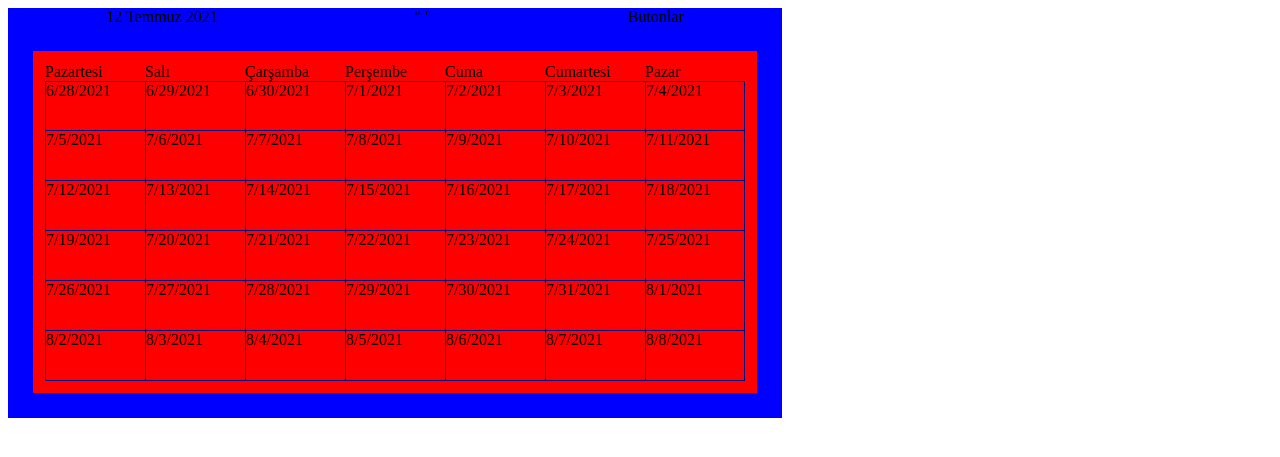
Repository: ahmetbugraozcan/javascript-calendar
Page: tablo.html
The author's editor kept a copy of each file at every save. The page is drawn from the files as they stood at one save, then again after the next save.
The browser window is 1280 px wide. The pictures show the whole page.

Above is the page before, as saved 2021-07-13 09:45:43.

### tablo.html
<!DOCTYPE html>
<html lang="en">

<head>
    <meta charset="UTF-8">
    <meta http-equiv="X-UA-Compatible" content="IE=edge">
    <meta name="viewport" content="width=device-width, initial-scale=1.0">
    <title>Document</title>
</head>
<!--pazartesi salı çarş... için arrayler oluştur. arraylere göre günleri yerleştir.-->
<style>
    * {
        box-sizing: border-box;
    }

    .cell-last {
        border-right: 1px solid navy;

    }

    .cell-top {
        border-top: 1px solid navy;
    }

    /* her hücre*/
    .cell,
    .cell-top,
    .cell-last {
        text-overflow: clip;
        white-space: nowrap;
        overflow: hidden;
        border-bottom: 1px solid navy;
        border-left: 1px solid navy;
        width: 100px;
        height: 50px;
    }


    /*tablonun kendisi*/
    .calendar {
        margin: 25px;
        padding: 12px;
        display: flex;
        width: fit-content;
        background-color: red;
    }


    .container {
        background-color: blue;
        display: flex;
        width: fit-content;
        flex-direction: column;
    }

    .test {
        display: flex;
        justify-content: space-around;
    }
</style>

<body>

    <div class="container">

        <div class="test">
            <span id="currentDate">12 Temmuz 2021</span>
            <span id="firstDate">" "</span>
            <span>Butonlar</span>
        </div>
        <div class="calendar">
            <div>
                <div>Pazartesi</div>
                <div class="cell-top" id="pazartesi0">1</div>
                <div class="cell" id="pazartesi1">1</div>
                <div class="cell" id="pazartesi2">1</div>
                <div class="cell" id="pazartesi3">1</div>
                <div class="cell" id="pazartesi4">1</div>
                <div class="cell" id="pazartesi5">1</div>
            </div>
            <div>
                <div>Salı</div>
                <div class="cell-top" id="sali0">1</div>
                <div class="cell" id="sali1">1</div>
                <div class="cell" id="sali2">1</div>
                <div class="cell" id="sali3">1</div>
                <div class="cell" id="sali4">1</div>
                <div class="cell" id="sali5">1</div>
            </div>
            <div>
                <div>Çarşamba</div>
                <div class="cell-top" id="carsamba0">1</div>
                <div class="cell" id="carsamba1">1</div>
                <div id="carsamba2" class="cell">1</div>
                <div id="carsamba3" class="cell">1</div>
                <div id="carsamba4" class="cell">1</div>
                <div id="carsamba5" class="cell">1</div>
            </div>
            <div>
                <div>Perşembe</div>
                <div class="cell-top" id="persembe0">1</div>
                <div class="cell" id="persembe1">1</div>
                <div id="persembe2" class="cell">1</div>
                <div id="persembe3" class="cell">1</div>
                <div id="persembe4" class="cell">1</div>
                <div id="persembe5" class="cell">1</div>
            </div>
            <div>
                <div>Cuma</div>
                <div class="cell-top" id="cuma0">1</div>
                <div class="cell" id="cuma1">1</div>
                <div id="cuma2" class="cell">1</div>
                <div id="cuma3" class="cell">1</div>
                <div id="cuma4" class="cell">1</div>
                <div id="cuma5" class="cell">1</div>
            </div>
            <div>
                <div>Cumartesi</div>
                <div class="cell-top" id="cumartesi0">1</div>
                <div class="cell" id="cumartesi1">1</div>
                <div class="cell" id="cumartesi2">1</div>
                <div class="cell" id="cumartesi3">1</div>
                <div class="cell" id="cumartesi4">1</div>
                <div class="cell" id="cumartesi5">1</div>

            </div>
            <div>
                <div>Pazar</div>
                <div id="pazar0" class="cell-top" style="border-right: 1px solid navy;">1</div>
                <div id="pazar1" class="cell-last">1</div>
                <div id="pazar2" class="cell-last">1</div>
                <div id="pazar3" class="cell-last">1</div>
                <div id="pazar4" class="cell-last">1</div>
                <div id="pazar5" class="cell-last">1</div>
            </div>
        </div>
    </div>
    <script>
        function daysInMonth(month, year) {
            return new Date(year, month, 0).getDate();
        }
        const pazartesi = [];
        const sali = [];
        const carsamba = [];
        const persembe = [];
        const cuma = [];
        const cumartesi = [];
        const pazar = [];
        const gunler = ["pazar", "pazartesi", "sali", "carsamba", "persembe", "cuma", "cumartesi"];




        var baslanacakDate = new Date(2021,6,1);
        var firstDate = baslanacakDate.getDay();
        if(firstDate == 0){
            firstDate = 7;
        }
        baslanacakDate.setDate((baslanacakDate.getDate())- (firstDate) );
        var today = new Date();
        var todayWithoutTime = new Date(today.getFullYear(), today.getMonth(), today.getDate() );


        var counter = 0;
        for (let i = 1; i <= 42; i++) {
            baslanacakDate.setDate((baslanacakDate.getDate())+(1));
             // bir tabloda 42 gün var o ayın kaç çektiğini bul bu aydan geriye kaç sayacağız ona bul bu aydan ileri kaç sayacağız onu bul ve ona göre bir date oluştur.
            //ardından bu for döngüsünü kullan
            // console.log("a: " + baslanacakDate.toDateString());
            // console.log("b: " + todayWithoutTime.toDateString() );
            if(baslanacakDate.toDateString() ==  todayWithoutTime.toDateString()){
                console.log("bugün eşitlendi : " + i);
                counter = i;
            }

            switch (baslanacakDate.getDay()) {
                case 0:
                    pazar.push(baslanacakDate.toLocaleDateString());

                    break;
                case 1:
                    pazartesi.push(baslanacakDate.toLocaleDateString()); break;
                case 2:
                    sali.push(baslanacakDate.toLocaleDateString()); break;
                case 3:
                    carsamba.push(baslanacakDate.toLocaleDateString()); break;

                case 4:
                    persembe.push(baslanacakDate.toLocaleDateString()); break;

                case 5:
                    cuma.push(baslanacakDate.toLocaleDateString()); break;

                case 6:
                    cumartesi.push(baslanacakDate.toLocaleDateString()); break;
            }
        }
        for (let i = 0; i < 6; i++) {
            document.getElementById(`pazar${i}`).innerHTML = pazar[i];
            document.getElementById(`pazartesi${i}`).innerHTML = pazartesi[i];
            document.getElementById(`sali${i}`).innerHTML = sali[i];
            document.getElementById(`carsamba${i}`).innerHTML = carsamba[i];
            document.getElementById(`persembe${i}`).innerHTML = persembe[i];
            document.getElementById(`cuma${i}`).innerHTML = cuma[i];
            document.getElementById(`cumartesi${i}`).innerHTML = cumartesi[i];
        }
        var currentDate = new Date();
        //bugünü al tüm documentleri dolaş stringi buna eşit olana eşitle



        //dateler seçimden gelecek şimdilik elle veriyorum
        // var date = new Date(2021, 5, 1);
        // //o ayın ilk gün değerini tutan değişken.
        // var firstDayOfMonth = date.getDay();
        // let sayac = 0;
        // for (let i = 0; i < 6; i++){
        //     if(i==0){
        //        < var result = gunler.indexOf("pazartesi") - (firstDayOfMonth);>
        //     if(result < 0){
        //         pazartesi[i] = daysInMonth(2021,6) + result;
        //         document.getElementById(`pazartesi${i}`).innerHTML = pazartesi[i];
        //     }else{
        //             pazartesi[i] = result;

        //         document.getElementById(`pazartesi${i}`).innerHTML = pazartesi[i];
        //     }
        //     }else{
        //         var result = pazartesi[i-1] + 7;
        //         if(result > daysInMonth(6,2021)){

        //             if(sayac>=1){
        //                 pazartesi[i] =  result- daysInMonth(6+sayac,2021) ;
        //             }else{
        //                 pazartesi[i] =  result- daysInMonth(6,2021) ;
        //             }
        //             sayac++;
        //             document.getElementById(`pazartesi${i}`).innerHTML = pazartesi[i];
        //         }else{
        //             pazartesi[i] = pazartesi[i-1] + 7;
        //             document.getElementById(`pazartesi${i}`).innerHTML = pazartesi[i];
        //         }
        //     }
        // }



        // setDatesInCalendar("pazartesi");
        // setDatesInCalendar("sali");
        // setDatesInCalendar("carsamba");
        // setDatesInCalendar("persembe");
        // setDatesInCalendar("cuma");
        // setDatesInCalendar("cumartesi");
        // setDatesInCalendar("pazar");

        // function setDatesInCalendar(day) {
        //     let array = [];
        //     switch (day) {
        //         case "pazartesi":
        //             array = pazartesi;
        //             break;
        //         case "sali":
        //             array = sali;
        //             break;
        //         case "carsamba":
        //             array = carsamba;
        //             break;
        //         case "persembe":
        //             array = persembe;
        //             break;
        //         case "cuma":
        //             array = cuma;
        //             break;
        //         case "cumartesi":
        //             array = cumartesi;
        //             break;
        //         case "pazar":
        //             array = pazar;
        //             break;
        //         default:
        //             break;
        //     }
        //     var date = new Date(2021, 6, 1);
        //     document.getElementById("firstDate").innerHTML = date.toLocaleDateString();
        //     //o ayın ilk gün değerini tutan değişken.
        //     var firstDayOfMonth = date.getDay();
        //     let sayac = 0;
        //     for (let i = 0; i < 6; i++) {
        //         if (i == 0) {
        //             var result = gunler.indexOf(`${day}`) - (firstDayOfMonth);
        //             if (result < 0) {
        //                 array[i] = daysInMonth(7,2021) + result;
        //                 document.getElementById(`${day}${i}`).innerHTML = array[i];
        //             } else {
        //                 array[i] = result;
        //                 document.getElementById(`${day}${i}`).innerHTML = array[i];
        //             }
        //         } else {
        //             var result = array[i - 1] + 7;
        //             if (result > daysInMonth(7, 2021)) {
        //                 if (sayac >= 1) {
        //                     //bir sonraki aya göre hesaplar
        //                     array[i] = result - daysInMonth(7+ sayac, 2021);
        //                 } else {
        //                     array[i] = result - daysInMonth(7, 2021);
        //                 }
        //                 sayac++;
        //                 document.getElementById(`${day}${i}`).innerHTML = array[i];
        //             } else {
        //                 array[i] = array[i - 1] + 7;
        //                 document.getElementById(`${day}${i}`).innerHTML = array[i];
        //             }
        //         }
        //     }

        // }
    </script>

    <!-- <script>
        var weekday = new Array(7);

        const pazartesi = [];
        const sali = [];
        const carsamba = [];
        const persembe = [];
        const cuma = [];
        const cumartesi = [];
        const pazar = [];
        //-------------------------
        weekday[0] = "Pazar";
        weekday[1] = "Pazartesi";
        weekday[2] = "Salı";
        weekday[3] = "Çarşamba";
        weekday[4] = "Perşembe";
        weekday[5] = "Cuma";
        weekday[6] = "Cumartesi";
        //-------------------------

        var currentDate = new Date();
        document.getElementById("currentDate").innerHTML = currentDate.toLocaleDateString();
        var firstDayOfMonth = new Date(2021, 6, 1).getDay();
        console.log(firstDayOfMonth);
        switch(weekday[firstDayOfMonth]){
            case weekday[0]:
                pazar.push(1);
                document.getElementById("pazar1").innerHTML =1;
                pazartesi.push(2);
                document.getElementById("pazartesi1").innerHTML =2;
                sali.push(3);
                document.getElementById("sali1").innerHTML =3;
                carsamba.push(4);
                document.getElementById("carsamba1").innerHTML =4;
                persembe.push(5)
                document.getElementById("persembe1").innerHTML =5;
                cuma.push(6);
                document.getElementById("cuma1").innerHTML =6;
                cumartesi.push(7);
                document.getElementById("cumartesi1").innerHTML =7;

                console.log("Pazar");
            case weekday[1]:
                console.log("Pazartesi");
            case weekday[2]:
                console.log("Salı");
            case weekday[3]:
                console.log("Çarşamba");
            case weekday[4]:
                console.log("Perşembe");
                pazar.push(1);
                document.getElementById("persembe1").innerHTML =1;
                pazartesi.push(2);
                document.getElementById("cuma1").innerHTML =2;
                sali.push(3)
                document.getElementById("cumartesi1").innerHTML =3;
                carsamba.push(4);
                document.getElementById("pazar1").innerHTML =4;
                persembe.push(5)
                document.getElementById("pazartesi2").innerHTML =5;
                cuma.push(6);
                document.getElementById("sali2").innerHTML =6;
                cumartesi.push(7);
                document.getElementById("carsamba2").innerHTML =7;

            case weekday[5]:
                console.log("Cuma");
            case weekday[6]:
                console.log("Cumartesi");
            default:
                console.log("Default + " +  weekday[firstDayOfMonth]);


        }


        // document.getElementById("firstDate").innerHTML = weekday[firstDayOfMonth.getDay()];
    </script> -->
</body>

</html>

After the next save:
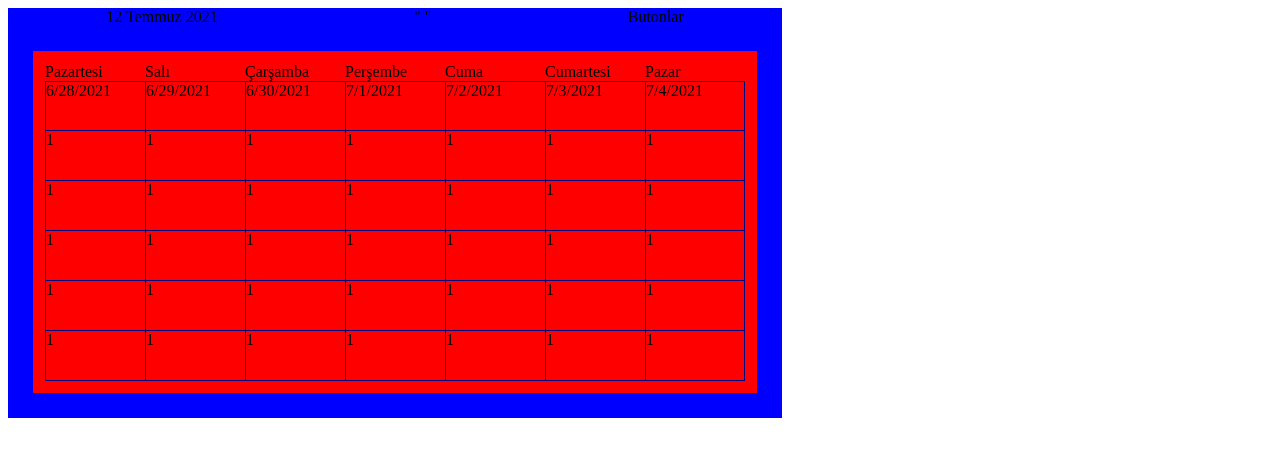
Console error: TypeError: Cannot read properties of undefined (reading 'toDateString')
Saved 6 min 41 s later.
--- a/tablo.html
+++ b/tablo.html
@@ -203,13 +203,33 @@
             document.getElementById(`persembe${i}`).innerHTML = persembe[i];
             document.getElementById(`cuma${i}`).innerHTML = cuma[i];
             document.getElementById(`cumartesi${i}`).innerHTML = cumartesi[i];
+            if(pazar[i] == currentDate.toDateString){
+                console.log("Bugün pazar");
+            }else if(pazartesi[i] == currentDate.toDateString){
+                console.log("Bugün pazartesi");
+            }
+            else if(sali[i] == currentDate.toDateString){
+                console.log("Bugün sali");
+            }
+            else if(carsamba[i] == currentDate.toDateString){
+                console.log("Bugün carsamba");
+            }
+            else if(persembe[i] == currentDate.toDateString){
+                console.log("Bugün persembe");
+            }
+            else if(cuma[i] == currentDate.toDateString){
+                console.log("Bugün cuma");
+            }
+            else if(cumartesi[i] == currentDate.toDateString){
+                console.log("Bugün cumartesi");
+            }
         }
         var currentDate = new Date();
         //bugünü al tüm documentleri dolaş stringi buna eşit olana eşitle
 
 
 
-        //dateler seçimden gelecek şimdilik elle veriyorum
+      //dateler seçimden gelecek şimdilik elle veriyorum
         // var date = new Date(2021, 5, 1);
         // //o ayın ilk gün değerini tutan değişken.
         // var firstDayOfMonth = date.getDay();

After the 2 saves that followed:
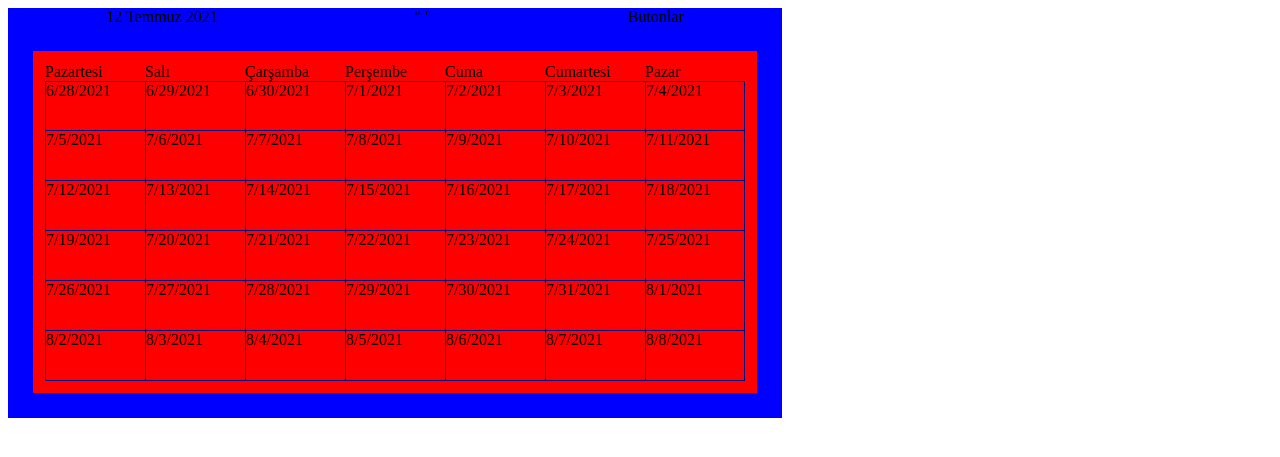
The error is gone.
The 2 saves are shown as one change because 1 left the picture as it was.
The last was saved 65 s later.
--- a/tablo.html
+++ b/tablo.html
@@ -195,6 +195,7 @@
                     cumartesi.push(baslanacakDate.toLocaleDateString()); break;
             }
         }
+        var currentDate = new Date();
         for (let i = 0; i < 6; i++) {
             document.getElementById(`pazar${i}`).innerHTML = pazar[i];
             document.getElementById(`pazartesi${i}`).innerHTML = pazartesi[i];
@@ -203,28 +204,28 @@
             document.getElementById(`persembe${i}`).innerHTML = persembe[i];
             document.getElementById(`cuma${i}`).innerHTML = cuma[i];
             document.getElementById(`cumartesi${i}`).innerHTML = cumartesi[i];
-            if(pazar[i] == currentDate.toDateString){
+            if(pazar[i] == currentDate.toDateString()){
                 console.log("Bugün pazar");
-            }else if(pazartesi[i] == currentDate.toDateString){
+            }else if(pazartesi[i] == currentDate.toDateString()){
                 console.log("Bugün pazartesi");
             }
-            else if(sali[i] == currentDate.toDateString){
+            else if(sali[i] == currentDate.toDateString()){
                 console.log("Bugün sali");
             }
-            else if(carsamba[i] == currentDate.toDateString){
+            else if(carsamba[i] == currentDate.toDateString()){
                 console.log("Bugün carsamba");
             }
-            else if(persembe[i] == currentDate.toDateString){
+            else if(persembe[i] == currentDate.toDateString()){
                 console.log("Bugün persembe");
             }
-            else if(cuma[i] == currentDate.toDateString){
+            else if(cuma[i] == currentDate.toDateString()){
                 console.log("Bugün cuma");
             }
-            else if(cumartesi[i] == currentDate.toDateString){
+            else if(cumartesi[i] == currentDate.toDateString()){
                 console.log("Bugün cumartesi");
             }
         }
-        var currentDate = new Date();
+
         //bugünü al tüm documentleri dolaş stringi buna eşit olana eşitle
 
 
